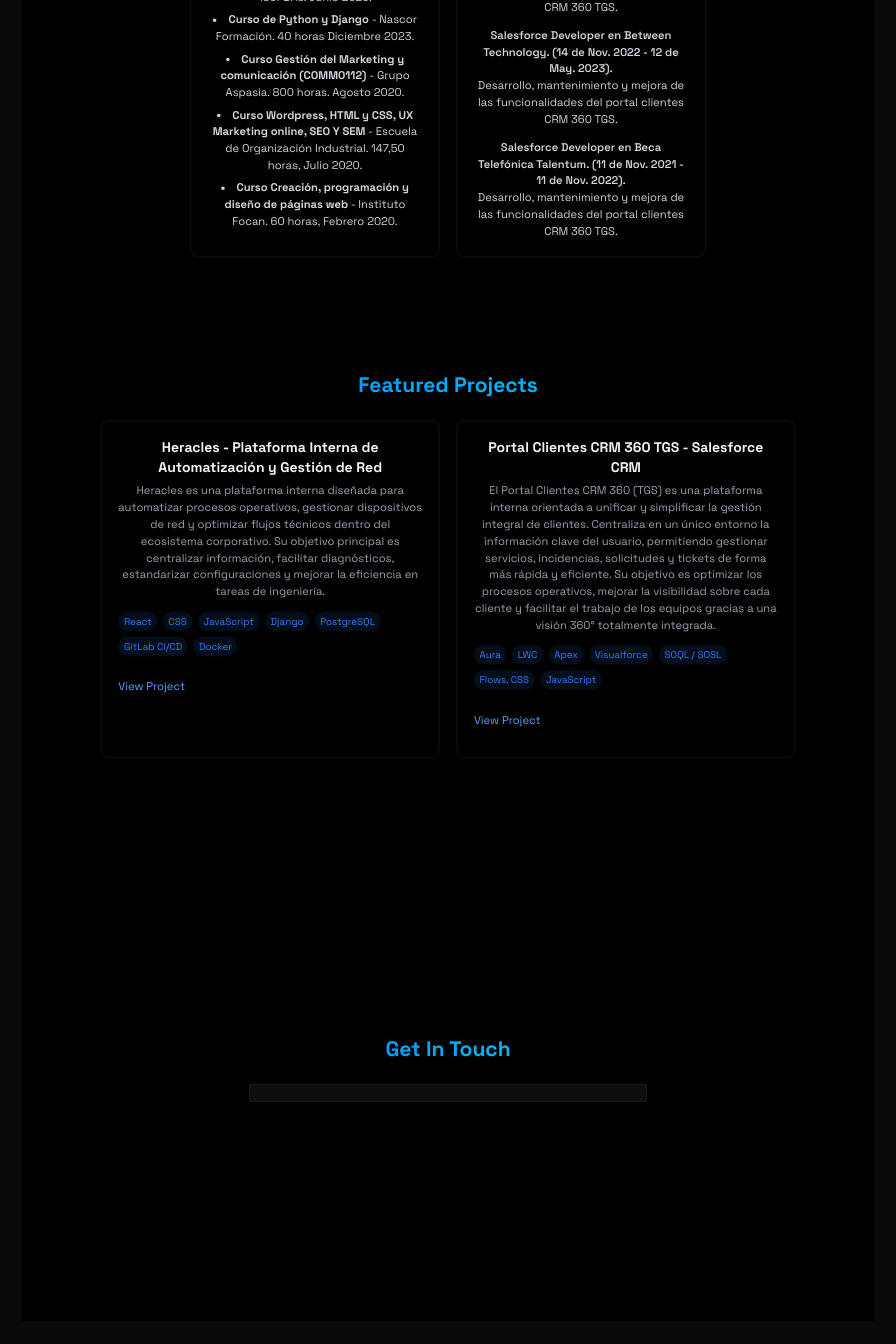
Repository: Bea0224/beatriz-portfolio
Page: /
These files come from the project's save history. The page is drawn as it stood at one moment and after the next save; the edit follows.
The browser window is 1280 px wide. The pictures show the part of the page from y = 1708 to 3628 px (the page is 3628 px tall), at 70% of full size.
The project was rebuilt for these pictures with package versions that can differ from the ones it lists, and the page was loaded fresh each time. Also part of the build but not shown: vite.config.js.

Above is the page before, as saved 2025-12-08 19:19:49.

### index.html
<!doctype html>
<html lang="en">
  <head>
    <meta charset="UTF-8" />
    <link rel="icon" type="image/svg+xml" href="/vite.svg" />
    <link rel="preconnect" href="https://fonts.googleapis.com">
    <link rel="preconnect" href="https://fonts.gstatic.com" crossorigin>
    <link
      href="https://fonts.googleapis.com/css2?family=Space+Grotesk:wght@300..700&display=swap"
      rel="stylesheet"
    />
    <meta name="viewport" content="width=device-width, initial-scale=1.0" />
    <title>Vite + React</title>
  </head>
  <body>
    <div id="root"></div>
    <script type="module" src="/src/main.jsx"></script>
  </body>
</html>

### src/index.css
@import "tailwindcss";

html,
body {
  margin: 0;
  padding: 0;
  font-family: "Space Grotesk", sans-serif;
  background: #0a0a0a;
  color: #f3f4f6;
}

@layer utilities {
  @keyframes blink {
    0%,
    100% {
      opacity: 1;
    }
    50% {
      opacity: 0;
    }
  }

  .animate-blink {
    animation: blink 0.8s step-end infinite;
  }

  @keyframes loading {
    0% {
      transform: translateX(-100%);
    }
    100% {
      transform: translateX(250%);
    }
  }

  .animate-loading-bar {
    animation: loading 0.8s ease infinite;
  }
}

.reveal {
  opacity: 0;
  transform: translateY(20px);
  transition: opacity 0.7s ease, transform 0.7s ease;
}

.reveal.visible {
  opacity: 1;
  transform: translateY(0);
}

### src/App.jsx
import { useState } from 'react';
import './App.css'
import {LoadingScreen} from "./components/LoadingScreem";
import { Navbar } from './components/Navbar';
import { MobileMenu } from './components/MobileMenu';
import { Home } from './components/sections/Home';
import { About } from './components/sections/About';
import { Projects } from './components/sections/Projects';
import { Contact } from './components/sections/Contact';

import "./index.css"

function App() {
  const [isLoaded, setIsLoaded] = useState(false)
  const [menuOpen, setMenuOpen] = useState(false)

  return (
    <>
      {!isLoaded && <LoadingScreen onComplete={()=>setIsLoaded(true)} />}{" "}
        <div className={`min-h-screen transition-opacity duration-700 ${
          isLoaded ? "opacity-100" : "opacity-0"
        } bg-black text-gray-100`}
        >
          <Navbar menuOpen={menuOpen} setMenuOpen={setMenuOpen} />
          <MobileMenu menuOpen={menuOpen} setMenuOpen={setMenuOpen} />
          <Home />
          <About />
          <Projects />
          <Contact />
        </div>
    </>
  )
}

export default App

### src/components/LoadingScreem.jsx
import { useEffect, useState } from "react";

export const LoadingScreen = ({ onComplete }) => {
  const [text, setText] = useState("");
  const fullText = "<Hello Wolrd! />";

  useEffect(() => {
    let index = 0;
    const interval = setInterval(() => {
      setText(fullText.substring(0, index));
      index++;

      if (index > fullText.length) {
        clearInterval(interval);

        setTimeout(() => {
          onComplete();
        }, 1000);
      }
    }, 100);

    return () => clearInterval(interval);
  }, [onComplete]);

  return (
    <div className="fixed inset-0 z-50 bg-black text-gray-100 flex flex-col items-center justify-center">
      <div className="mb-4 text-4xl font-mono font-bold">
        {text} <span className="animate-blink ml-1"> | </span>
      </div>

      <div className="w-[200px] h-[2px] bg-gray-800 rounded relative overflow-hidden">
        <div className="w-[40%] h-full bg-blue-500 shadow-[0_0_15px_#3b82f6] animate-loading-bar"></div>
      </div>
    </div>
  );
};

### src/components/Navbar.jsx
import { useEffect } from "react"

export const Navbar = ({menuOpen, setMenuOpen}) => {

    useEffect(() => {
        document.body.style.overflow = menuOpen ? "hidden" : "";
    }, [menuOpen])

    return (
    <nav className="fixed top-0 w-full z-40 bg-[rgba(10, 10, 10, 0.8)] backdrop-blur-lg border-b border-white/10 shadow-lg">
        <div className="max-w-5xl mx-auto px-4">
            <div className="flex justify-between items-center h-16">
                <a href="#home" className="font-mono text-xl font-bold text-white">
                    {" "}
                    Beatriz<span className="text-blue-500">.Mujica</span>{" "}
                </a>
                <div className="w-7 h-5 relative cursor-pointer z-40 md:hidden" onClick={()=> setMenuOpen((prev => !prev))}>
                    &#9776;
                </div>
                <div className="hidden md:flex items-center space-x-8">
                    <a
                        href="#home"
                        className="text-gray-300 hove:text-white transition-colors"
                    >
                        {" "}
                        Home{" "}
                    </a>
                    <a
                        href="#about"
                        className="text-gray-300 hove:text-white transition-colors"
                    >
                        {" "}
                        About{" "}
                    </a>
                    <a
                        href="#projects"
                        className="text-gray-300 hove:text-white transition-colors"
                    >
                        {" "}
                        Projects{" "}
                    </a>
                    <a
                        href="#contact"
                        className="text-gray-300 hove:text-white transition-colors"
                    >
                        {" "}
                        Contact{" "}
                    </a>
                </div>
            </div>
        </div>
    </nav>
    )
}

### src/components/MobileMenu.jsx
export const MobileMenu = ({menuOpen, setMenuOpen}) => {


    return (
        <div className={`fixed top-0 left-0 w-full bg-[rgba(10,10,10,0.8)] z-40 flex flex-col items-center justify-center
                         transition-all duration-300 ease-in-out
                         ${menuOpen
                            ? "h-screen opacity-100 pointer-events-auto"
                            : "h-0 opacity-0 pointer-events-none"
                         }
                        `}
        >
            <button
                onClick={() => setMenuOpen(false)}
                className="absolute top-6 right-6 text-white text-3xl focus:outline-none cursor-pointer"
                aria-label="Close Menu"
                >
                &times;
            </button>

            <a
                href="#home"
                onClick={() => setMenuOpen(false)}
                className={`text-2xl font-semibold text-white my-4 tranform transition-transform duration-300
                            ${
                                menuOpen
                                    ? "opacity-100 translate-y-0"
                                    : "opacity-0 translate-y-5"
                            }
                    `}
            >
                Home
            </a>
            <a
                href="#about"
                onClick={() => setMenuOpen(false)}
                className={`text-2xl font-semibold text-white my-4 tranform transition-transform duration-300
                            ${
                                menuOpen
                                    ? "opacity-100 translate-y-0"
                                    : "opacity-0 translate-y-5"
                            }
                    `}
            >
                About
            </a>
            <a
                href="#projects"
                onClick={() => setMenuOpen(false)}
                className={`text-2xl font-semibold text-white my-4 tranform transition-transform duration-300
                            ${
                                menuOpen
                                    ? "opacity-100 translate-y-0"
                                    : "opacity-0 translate-y-5"
                            }
                    `}
            >
                Projects
            </a>
            <a
                href="contact"
                onClick={() => setMenuOpen(false)}
                className={`text-2xl font-semibold text-white my-4 tranform transition-transform duration-300
                            ${
                                menuOpen
                                    ? "opacity-100 translate-y-0"
                                    : "opacity-0 translate-y-5"
                            }
                    `}
            >
                Contact
            </a>
        </div>
    );
}

### src/components/sections/Home.jsx
import { RevealOnScroll } from "./RevealOnScroll"

export const Home = () => {
    return (
        <section
            id="home"
            className="min-h-screen flex items-center justify-center relative">
                <RevealOnScroll>
                    <div className="text-center z-10 px-4">
                        <h1 className="text-5xl md:text-7xl font-bold mb-6 bg-gradient-to-r from-blue-500 to-cyan-400 bg-clip-text text-transparent leading-right">
                            Hola, me llamo Beatriz
                        </h1>
                        <p className="text-gray-400 text-lg mb-8 w-3/4 mx-auto">
                            ¡Hola! Soy desarrolladora web Frontend, y me especializo en crear aplicaciones limpias y escalables con JavaScript, React, HTML y CSS. Mi pasión es que no solo rindan de maravilla, sino que también ofrezcan una experiencia de usuario (UX) realmente cautivadora.
                            Mi formación en Ingeniería de Diseño Industrial me aporta una visión muy particular: me encanta fusionar la estética y la funcionalidad en cada proyecto.
                            He tenido la oportunidad de trabajar en proyectos importantes para Telefónica (incluyendo desarrollos en la plataforma Salesforce), y además, cuento con buenos conocimientos en backend con Python (Django) y familiaridad con herramientas como Docker.
                        </p>
                        <div className="flex justify-center space-x-4">
                            <a href="#projects" className="bg-blue-500 text-white py-3 px-6 rounded font-medium transition relative overflow-hidden hover:-translate-y-0.5 hover:shadow-[0_0_15px_rgba(59, 130, 246, 0.4)]">
                                Ver proyectos
                            </a>
                            <a href="#contact" className="border border-blue-500/50 text-blue-500 py-3 px-6 rounded font-medium transition-all duration-200 hover:shadow-[0_0_15px_rgba(59, 130, 246, 0.2)] hover:bg-blue-500/10">
                                Contáctame
                            </a>
                        </div>
                    </div>
                </RevealOnScroll>
        </section>
    )
}

### src/components/sections/Projects.jsx
import { RevealOnScroll } from "./RevealOnScroll"

export const Projects = () => {
    return(
        <section
            id="projects"
            className="min-h-screen flex items-center justify-center py-20"
        >
            <RevealOnScroll>
                <div className="max-w-5xl mx-auto px-4">
                    <h2 className="text-3xl font-bold mb-8 bg-gradient-to-r from-blue-500 to-cyan-400 bg-clip-text text-transparent text-center">
                        {" "}
                        Featured Projects
                    </h2>
                    <div className="grid grid-cols-1 md:grid-cols-2 gap-6">
                        <div className="p-6 rounded-xl border border-white/10 hover:-translate-y-l hover:border-blue-500/30 hover:shadow-[0_2px_8px_rgba(59,130,246,0.1)] transition-all">
                            <h3 className="text-xl font-bold mb-2"> Heracles - Plataforma Interna de Automatización y Gestión de Red</h3>
                            <p className="text-gray-400 mb-4">
                                Heracles es una plataforma interna diseñada para automatizar procesos operativos,
                                gestionar dispositivos de red y optimizar flujos técnicos dentro del ecosistema corporativo.
                                Su objetivo principal es centralizar información, facilitar diagnósticos, estandarizar configuraciones y
                                mejorar la eficiencia en tareas de ingeniería.

                                {/* <ul className="list-disc list-inside text-gray-300 space-y-2">
                                    En este proyecto trabajé con un ecosistema técnico moderno:
                                    <li>
                                        <strong>Frontend:</strong> React, HTML, CSS, JavaScript
                                    </li>
                                    <li>
                                        <strong>Backend:</strong> Django (Python)
                                    </li>
                                    <li>
                                        <strong>Base de datos:</strong> PostgreSQL
                                    </li>
                                    <li>
                                        <strong>Integración y despliegue:</strong> GitLab CI/CD y Docker
                                    </li>
                                    <li>
                                        <strong>Otros elementos del entorno:</strong> Integraciones internas propias de la compañía y herramientas de automatización.
                                    </li>

                                </ul> */}
                            </p>
                            <div className="flex flex-wrap gap-2 mb-4">
                                {["React", "CSS", "JavaScript", "Django", "PostgreSQL", "GitLab CI/CD", "Docker"].map((tech, key)=>(
                                    <span
                                        key={key}
                                        className="bg-blue-500/10 text-blue-500 py-1 px-2 rounded-full text-sm hover:bg-blue-500/20
                                        hover:shadow-[0_2px_8px_rgba(59,130,2246,0.2)] transition">
                                        {tech}
                                    </span>
                                ))}
                            </div>
                            <div className="flex justify-between items-center">
                                <a href="#" className="text-blue-400 hover:text-blue-300 transition-colors my-4">
                                    View Project {" "}
                                </a>
                            </div>
                        </div>
                        <div className="p-6 rounded-xl border border-white/10 hover:-translate-y-l hover:border-blue-500/30 hover:shadow-[0_2px_8px_rgba(59,130,246,0.1)] transition-all">
                            <h3 className="text-xl font-bold mb-2"> Portal Clientes CRM 360 TGS - Salesforce CRM</h3>
                            <p className="text-gray-400 mb-4">
                                El Portal Clientes CRM 360 (TGS) es una plataforma interna orientada a unificar y simplificar la gestión integral de clientes.
                                Centraliza en un único entorno la información clave del usuario, permitiendo gestionar servicios, incidencias, solicitudes y tickets de forma más rápida y eficiente.
                                Su objetivo es optimizar los procesos operativos, mejorar la visibilidad sobre cada cliente y facilitar el trabajo de los equipos gracias a una visión 360° totalmente integrada.
                            </p>
                            <div className="flex flex-wrap gap-2 mb-4">
                                {["Aura", "LWC", "Apex", "Visualforce", "SOQL / SOSL", "Flows, CSS", "JavaScript"].map((tech, key)=>(
                                    <span
                                        key={key}
                                        className="bg-blue-500/10 text-blue-500 py-1 px-2 rounded-full text-sm hover:bg-blue-500/20
                                        hover:shadow-[0_2px_8px_rgba(59,130,2246,0.2)] transition">
                                        {tech}
                                    </span>
                                ))}
                            </div>
                            <div className="flex justify-between items-center">
                                <a href="#" className="text-blue-400 hover:text-blue-300 transition-colors my-4">
                                    View Project {" "}
                                </a>
                            </div>
                        </div>
                    </div>
                </div>
            </RevealOnScroll>
        </section>
    )
}

### src/components/sections/Contact.jsx
import { RevealOnScroll } from "./RevealOnScroll"

export const Contact = () => {
    return(
        <section
            id="contact"
            className="min-h-screen flex items-center justify-center py-20"
        >
            <RevealOnScroll>
                <div className="px-4 w-150">
                    <h2 className="text-3xl font-bold mb-8 bg-gradient-to-r from-blue-500 to-cyan-400 bg-clip-text text-transparent text-center">
                        {" "}
                        Get In Touch
                    </h2>
                    <form className="space-y-6">
                        <div className="relative">
                            <input type="text" id="name" name="name" required className="w-full bg-white/5 border border-white/10 rounded"/>
                        </div>
                    </form>
                </div>
            </RevealOnScroll>
        </section>
    )
}

### src/components/sections/RevealOnScroll.jsx
import { useRef, useEffect} from "react";

export const RevealOnScroll = ({children}) => {

    const ref = useRef(null);

    useEffect(() => {
        const observer = new IntersectionObserver(
            ([entry]) => {
                if(entry.isIntersecting) {
                    ref.current.classList.add("visible");
                }
            },
            { threshold: 0.2, rootMargin: "0px 0px -50px 0px" }
        );

        if (ref.current) observer.observe(ref.current);

        return () => observer.disconnect();

    },[]);

    return(
        <div ref={ref} className="reveal">
            {children}
        </div>
    )

}

Loaded but not shown: src/main.jsx (common file); src/App.css (common file); src/components/sections/About.jsx (174 lines, source omitted)

After the next save:
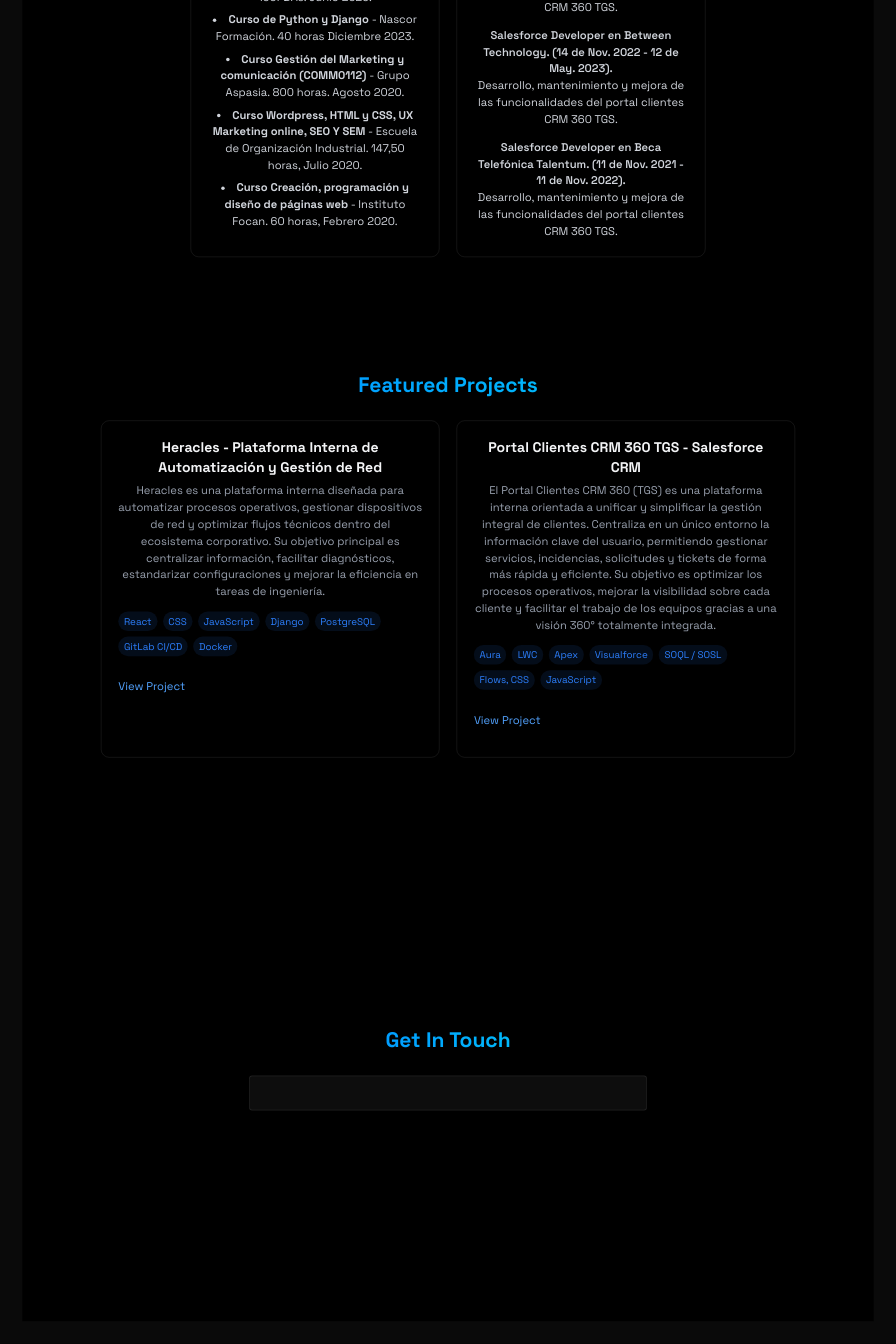
Saved 21 s later.
--- a/src/components/sections/Contact.jsx
+++ b/src/components/sections/Contact.jsx
@@ -14,7 +14,7 @@ export const Contact = () => {
                     </h2>
                     <form className="space-y-6">
                         <div className="relative">
-                            <input type="text" id="name" name="name" required className="w-full bg-white/5 border border-white/10 rounded"/>
+                            <input type="text" id="name" name="name" required className="w-full bg-white/5 border border-white/10 rounded px-4 py-3"/>
                         </div>
                     </form>
                 </div>
